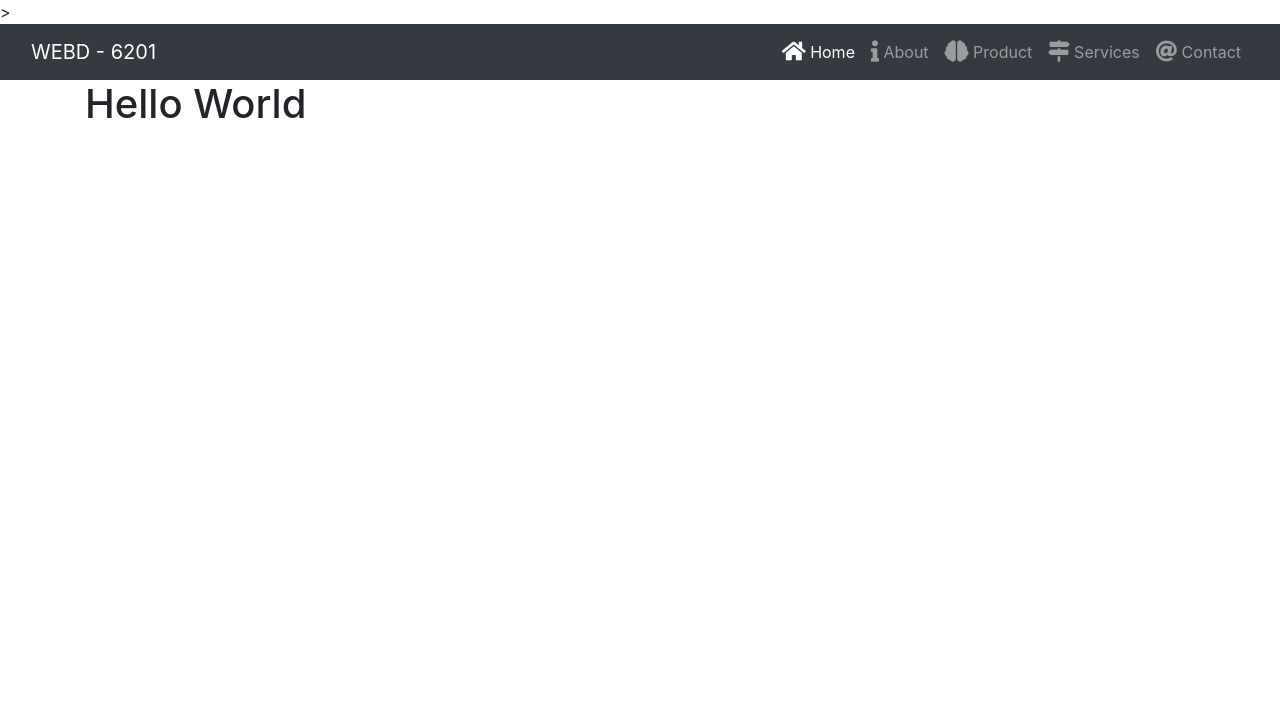
Repository: CKM206/WEBD6201-W2021-Week1
Page: index.html
An editor plug-in stored every save of this project. The page is shown before and after the next save, followed by the edit.
The browser window is 1280 px wide. The pictures show the whole page.

Above is the page before, as saved 2021-01-14 09:30:27.

### index.html
<!doctype html>
<html lang="en">
    <head>
        <meta charset="UTF-8">
        <meta name="viewport" content="width=device-width, initial-scale=1.0">
        <title>Hello World!</title>>
        <!-- CSS Section -->
        <!-- Inject Bootstrap first, always-->
        <link rel="stylesheet"
             href="./node_modules/bootstrap/dist/css/bootstrap.min.css">
        <!-- Now inject Icon Fonts using Font Awesome-->
        <link rel="stylesheet"
             href="./node_modules/@fortawesome/fontawesome-free/css/all.min.css">
        <!-- Now inject our custom css-->
        <link rel="stylesheet" href="./Content/app.css">
    </head>
    <body>
        <!-- Nav Bar Section -->
        <header>
            <nav class="navbar navbar-expand-lg navbar-dark bg-dark">
                <div class="container-fluid">
                  <a class="navbar-brand" href="#">WEBD - 6201</a>

                  <button class="navbar-toggler" type="button" data-bs-toggle="collapse" data-bs-target="#navbarSupportedContent" aria-controls="navbarSupportedContent" aria-expanded="false" aria-label="Toggle navigation">
                    <span class="navbar-toggler-icon"></span>
                  </button>

                  <div class="collapse navbar-collapse" id="navbarSupportedContent">
                    <ul class="navbar-nav ml-auto mb-2 mb-lg-0">

                      <li class="nav-item">
                        <a class="nav-link active" aria-current="page" href="#">
                            <i class="fas fa-home fa-lg"></i> Home</a>
                      </li>

                      <li class="nav-item">
                        <a class="nav-link" aria-current="page" href="#">
                            <i class="fas fa-info fa-lg"></i> About</a>
                      </li>

                      <li class="nav-item">
                        <a class="nav-link" aria-current="page" href="#">
                            <i class="fas fa-brain fa-lg"></i> Product</a>
                      </li>

                      <li class="nav-item">
                        <a class="nav-link" aria-current="page" href="#">
                            <i class="fas fa-map-signs fa-lg"></i></i> Services</a>
                      </li>

                      <li class="nav-item">
                        <a class="nav-link" aria-current="page" href="#">
                            <i class="fas fa-at fa-lg"></i> Contact</a>
                      </li>
                  </div>
                </div>
              </nav>
        </header>



        <div class="container">
            <h1>Hello World</h1>
        </div>


        <!-- JavaScript Section-->
        <script src="./node_modules/jquery/dist/jquery.min.js"></script>
        <script src="./node_modules/bootstrap/dist/js/bootstrap.bundle.min.js"></script>
        <script src="./Scripts/app.js"></script>
    </body>
</html>

### Content/app.css
/* Custom Css Goes Here */

### Scripts/app.js
/* Custom Scripts Go Here */

// IIFE - Immediatley Invoked Function Expression
//AKA: Anonymous Self-Executing Function
(function()
{
    function Start()
    {
        console.log("App Started...");

        for (let index = 0; index < 5; index++) {
            console.log(index);

        }

    }

    window.addEventListener("load", Start);

    /*
    window.addEventListener("load", ())
        console.log("App Started...");
    */

})();

Loaded but not shown: node_modules/bootstrap/dist/css/bootstrap.min.css (library); node_modules/@fortawesome/fontawesome-free/css/all.min.css (library); node_modules/jquery/dist/jquery.min.js (library); node_modules/bootstrap/dist/js/bootstrap.bundle.min.js (library)

After the next save:
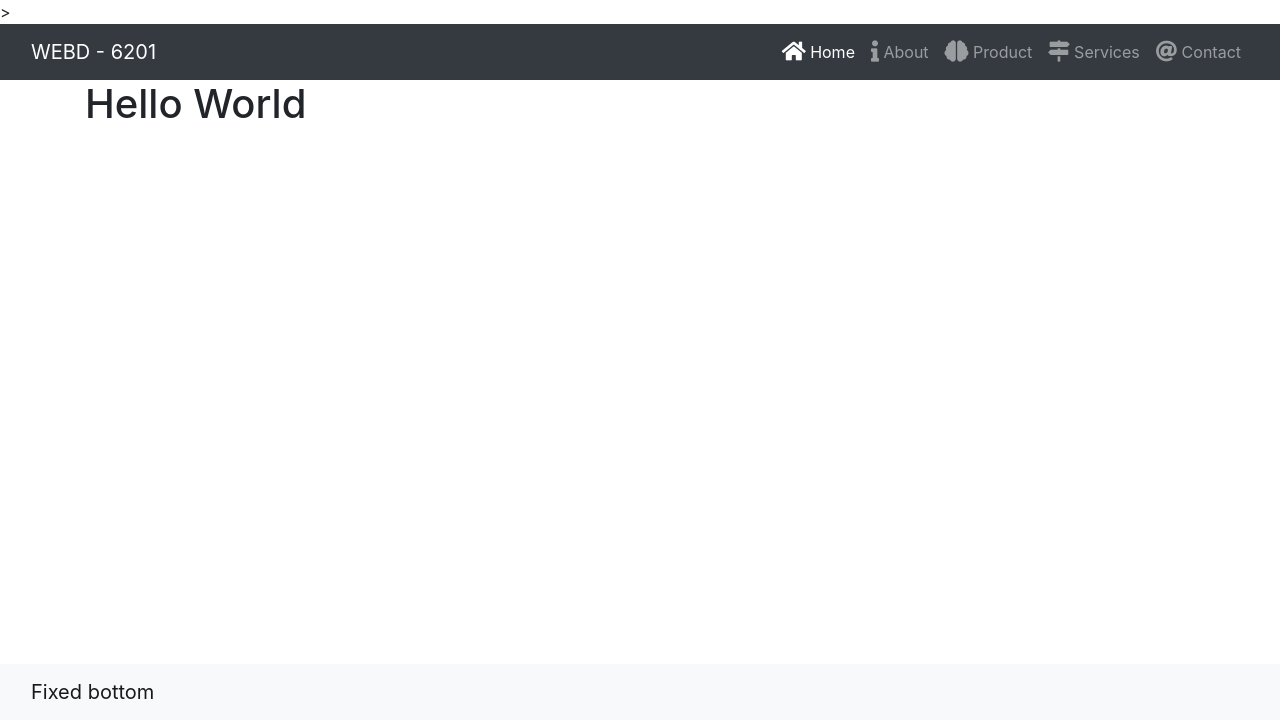
Saved 119 s later.
--- a/index.html
+++ b/index.html
@@ -63,6 +63,14 @@
             <h1>Hello World</h1>
         </div>
 
+        <!-- Footer Section -->
+        <footer>
+            <nav class="navbar fixed-bottom navbar-light bg-light">
+                <div class="container-fluid">
+                  <a class="navbar-brand" href="#">Fixed bottom</a>
+                </div>
+              </nav>
+        </footer>
 
         <!-- JavaScript Section-->
         <script src="./node_modules/jquery/dist/jquery.min.js"></script>
